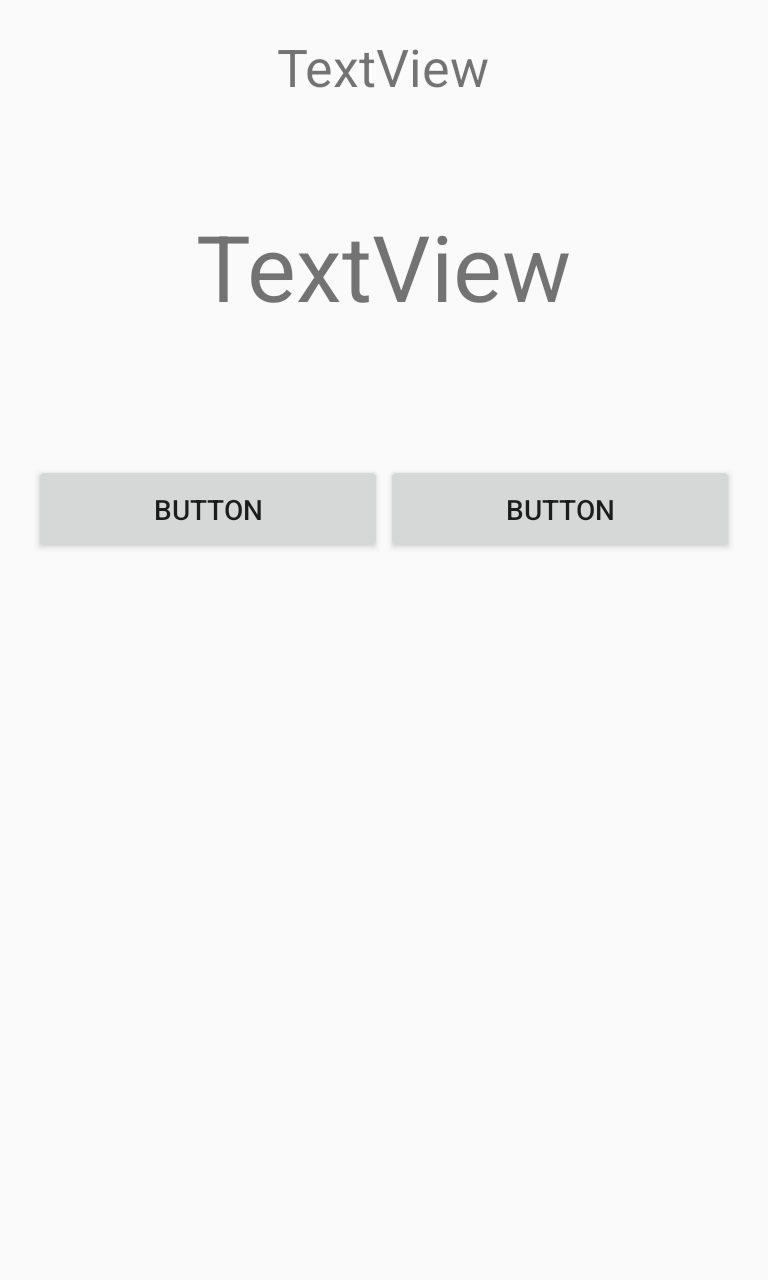
Repository: GitDidNotExitCleanly/AndroidTimer
Layout: StopWatch/res/layout/activity_main.xml
An editor plug-in stored every save of this project. The layout is shown before and after the next save, followed by the edit.
It is drawn on a 768 x 1280 px phone screen (xhdpi) without system bars, with theme AppTheme; the app's code is not run. Lists and similar views that code fills are empty.

Above is the layout before, as saved 2015-03-04 23:07:09.

After the next save:
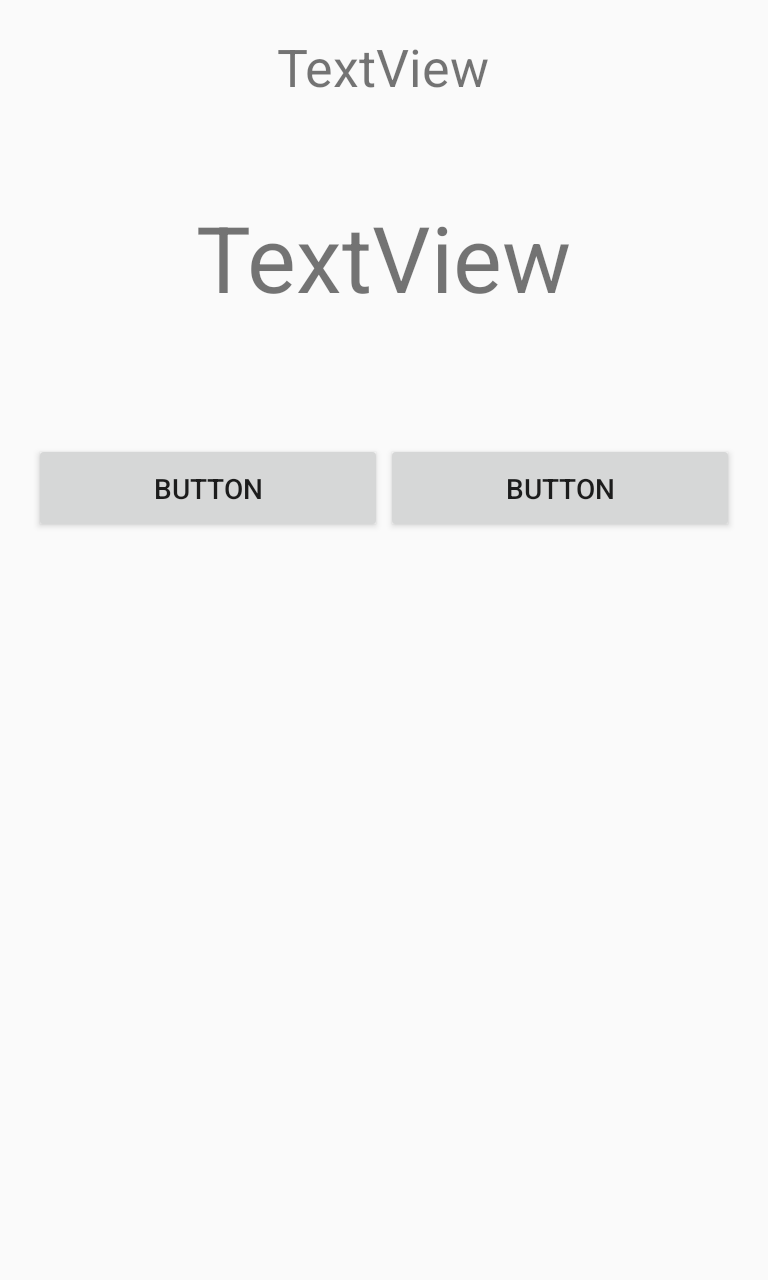
Saved 92 s later.
--- a/StopWatch/res/layout/activity_main.xml
+++ b/StopWatch/res/layout/activity_main.xml
@@ -12,7 +12,7 @@
     tools:context="com.app.stopwatch.MainActivity" >
 
     <LinearLayout
-        android:layout_width="match_parent"
+        android:layout_width="fill_parent"
         android:layout_height="wrap_content"
         android:layout_weight="1"
         android:gravity="center"
@@ -38,7 +38,7 @@
             android:id="@+id/LinearLayout2"
             android:layout_width="match_parent"
             android:layout_height="wrap_content"
-            android:layout_weight="1.3"
+            android:layout_weight="1"
             android:orientation="horizontal" >
 
             <Button
@@ -59,9 +59,9 @@
 
     <ListView
         android:id="@+id/listView1"
-        android:layout_width="match_parent"
+        android:layout_width="fill_parent"
         android:layout_height="wrap_content"
-        android:layout_weight="1.5" >
+        android:layout_weight="2" >
     </ListView>
 
 </LinearLayout>
